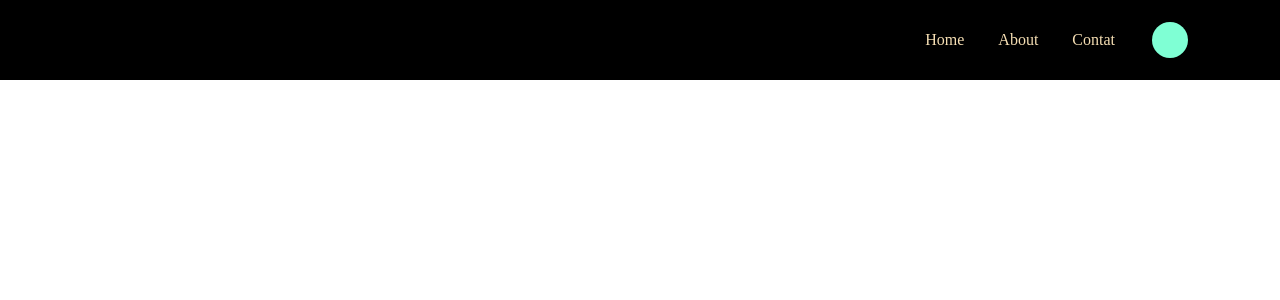
Repository: imokha01/toggleNavBar
Page: index.html
These files come from the project's save history. The page is drawn as it stood at one moment and after the next save; the edit follows.
The browser window is 1280 px wide. The pictures show the whole page.
The first `.checkbox` is checked.

Above is the page before, as saved 2023-12-26 22:34:26.

After the next save:
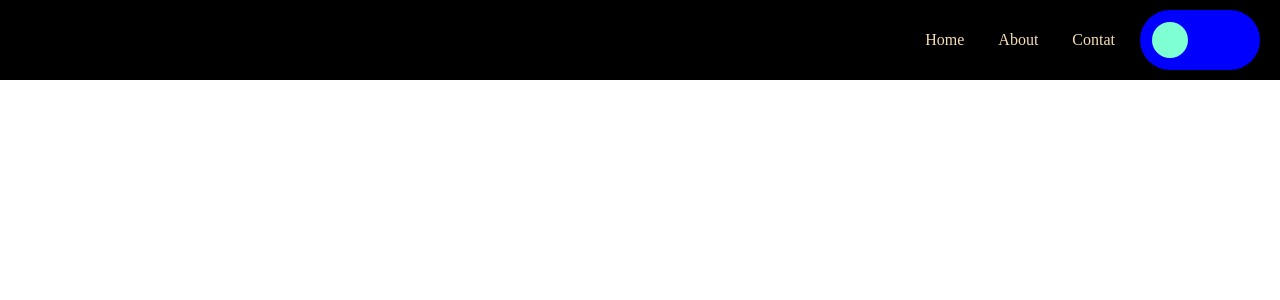
Saved 5 s later.
--- a/style.css
+++ b/style.css
@@ -56,5 +56,5 @@
 }
 
 .checkbox:checked{
-    background-color: ;
+    background-color: blue;
 }
